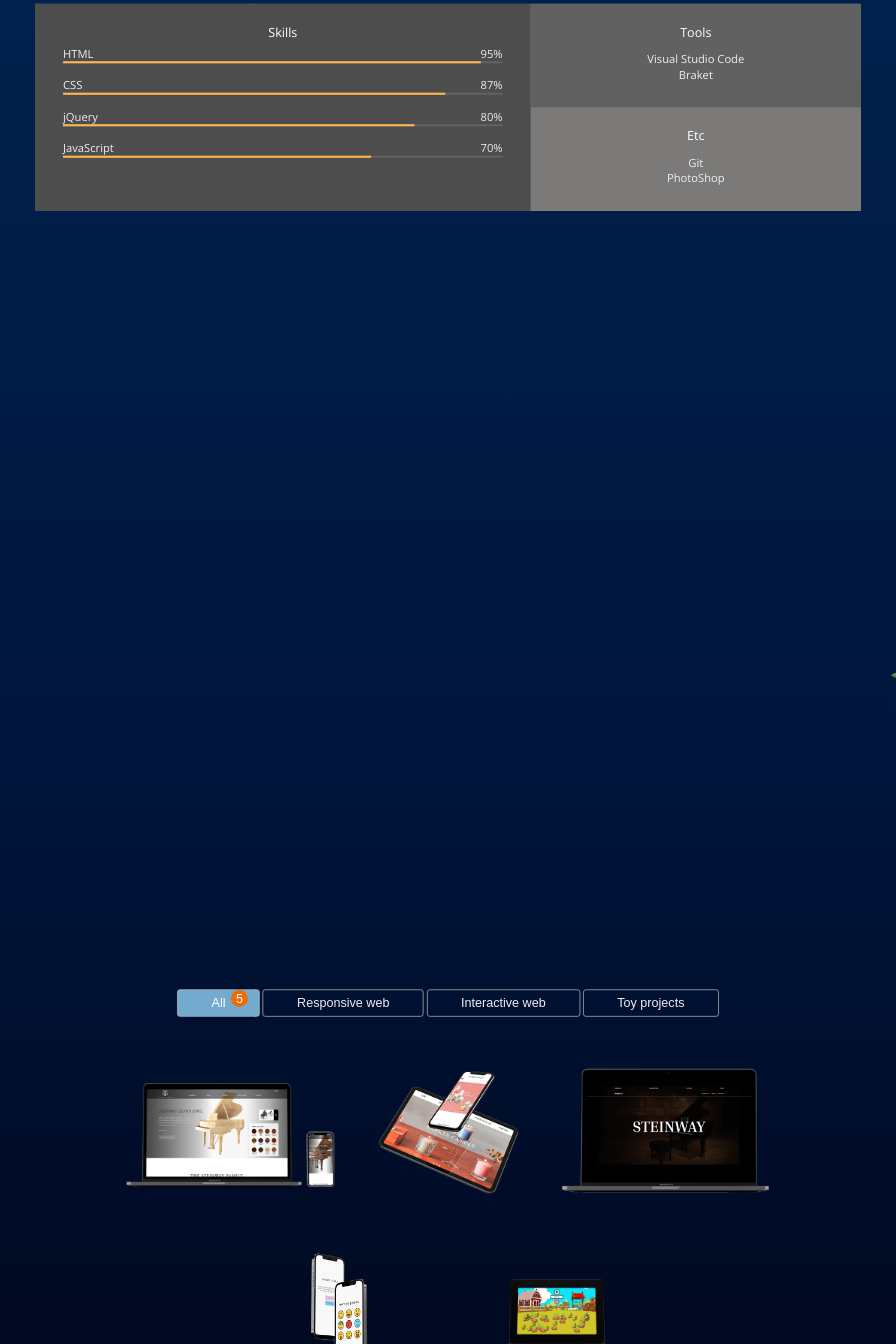
Repository: jinhee196/portfolio
Page: index.html
The author's editor kept a copy of each file at every save. The page is drawn from the files as they stood at one save, then again after the next save.
The browser window is 1280 px wide. The pictures show the part of the page from y = 1999 to 3919 px (the page is 4559 px tall before and 4568 px after), at 70% of full size.
Some web libraries are served in a nearby version.

Above is the page before, as saved 2021-07-07 17:21:04.

### index.html
<!DOCTYPE html>
<html lang="ko">
<head>
    <meta charset="UTF-8">
    <meta http-equiv="X-UA-Compatible" content="IE=edge">
    <meta name="viewport" content="width=device-width, initial-scale=1.0">
    <title>Jinhee's Portfolio</title>
    <meta name="description" content="Portfolio for worl">
    <meta name="author" content="jinhee">
    <link rel="icon" type="image/png" href="img/favicon1.ico">
    <script src="https://kit.fontawesome.com/ef20572bd9.js" crossorigin="anonymous"></script>
    <link rel="preconnect" href="https://fonts.gstatic.com">
    <link href="https://fonts.googleapis.com/css2?family=Open+Sans:wght@400;600;700&display=swap" rel="stylesheet">
    <link rel="stylesheet" href="style.css">
    <script type="text/javascript" src="https://cdnjs.cloudflare.com/ajax/libs/gsap/3.5.1/gsap.min.js"></script>
    <script type="text/javascript" src="https://unpkg.com/gsap@3/dist/ScrollToPlugin.min.js"></script>
    <script src="main.js" defer></script>
    <script src="https://cdn.jsdelivr.net/npm/underscore@1.13.1/underscore-umd-min.js"></script>

</head>
<body>
    <nav id="navbar">
        <div class="navbar__logo">
            <i class="fas fa-feather"></i>
            <a href="#">Jinhee</a>
        </div>
        <ul class="navbar__menu">
            <li class="navbar__menu__item active" data-link="#home">Home</li>
            <li class="navbar__menu__item" data-link="#about">About</li>
            <li class="navbar__menu__item" data-link="#skills">Skills</li>
            <li class="navbar__menu__item" data-link="#work">My work</li>
            <!-- <li class="navbar__menu__item" data-link="#testimonials">Testimonials</li> -->
            <li class="navbar__menu__item" data-link="#contact">Contact</li>
        </ul>
        <!-- Toggle button -->
        <button class="navbar__toggle-btn">
            <i class="fas fa-bars"></i>
        </button>
    </nav>

    <section id="home">
        <div class="home__container">
        <div class="home__avatar"><img src="img/me.jpg" alt="photo"></div>
        <h1 class="home__title">Hello, <br />I'm Jinhee Jeong</h1>
        <h2 class="home__description">개발자로 성장하는 웹 퍼블리셔</h2>
        <button class="home__contact">Contact me</button>
        </div>
    <div class="circle a"></div>
    <div class="circle b"></div>
    <div class="circle c"></div>
    <div class="circle d"></div>
    <div class="circle e"></div>
    <div class="circle f"></div>
    <div class="circle g"></div>
    <div class="circle s"></div>
    <div class="circle i"></div>
    <div class="circle j"></div>
    <div class="circle k"></div>
    <div class="circle l"></div>
    <div class="circle m"></div>
    <div class="circle n"></div>
    <div class="circle o"></div>
    <div class="circle p"></div>
    <div class="circle q"></div>
    <div class="circle r"></div>
    <div class="circle s"></div>

    </section>
    <section id="about" class="section section__container">
        <h1><span>A</span><span>b</span><span>o</span><span>u</span><span>t</span>&nbsp;<span>m</span><span>e</span></h1>
        <p>interactiv 반응형 홈페이지와 재밌는 미니게임, 모바일 일기장을 완료하였고,
           앞으로 계속 성장하고자 하는 열망이 넘치는 신입 웹퍼블리셔입니다.
           현재에 안주하지 않고 스스로 skill을 쌓아 회사의 성장에도 기여할 수 있는,
           실력있는 웹퍼블리셔이자 프론트엔드 개발자가 되기위해 노력하겠습니다.
        </p>
        <div class="about__majors">
            <div class="major">
                <div class="major__icon">
                    <div class='wave -one'></div>
                    <div class='wave -two'></div>
                    <div class='wave -three'></div>
                    <i class="fab fa-html5"></i>
                </div>
                <h2 class="major__title">HTML5</h2>
                <div class="major__description">HTML5, 빠른 마크업, 시멘틱 태그, 웹 접근성</div>
            </div>
            <div class="major">
                <div class="major__icon">
                    <div class='wave -one'></div>
                    <div class='wave -two'></div>
                    <div class='wave -three'></div>
                    <i class="fab fa-css3-alt"></i>
                </div>
                <h2 class="major__title">CSS3</h2>
                <div class="major__description">CSS3, FlexBox, Grid, Animation</div>
            </div>
            <div class="major">
                <div class="major__icon">
                    <div class='wave -one'></div>
                    <div class='wave -two'></div>
                    <div class='wave -three'></div>
                    <i class="fab fa-js-square"></i>
                </div>
                <h2 class="major__title">JavaScript</h2>
                <div class="major__description">ES6, DOM APIs, Web APIs</div>
            </div>
        </div>
        <div class="about__jobs">
            <div class="job">
                <img src="img/thejeun.png" alt="theJoeun" class="job__logo">
                <div class="job__description">
                <p class="job__name">UI/UX 웹디자인 실무자 양성(웹퍼블리셔,프론트엔드)</p>
                <p class="job__period">기간: 2020-12-29~2021-04-22</p>
                </div>
            </div>
        </div>
    </section>
    <section id="skills" class="section">
        <div class="section__container">
        <h1>Skills</h1>
        <h2>Skills & Attributes</h2>
        <p>
            저는 항상 새로운 기술을 배우는 데 관심이 있습니다. 이와 함께
            능동적으로 경험을 쌓아 나가며 제 직무에 대한 책임감을
            갖고 성실히 임하겠습니다.
            저의 최종적인 목표는 웹사이트를 구성하는 것에 이어서
            서버개발까지 나아가 넓은 시야를 갖고 팀원들과 좋은
            시너지를 내며 긍정적인 에너지를 주는 것 입니다.
            이를 통해 동료들과 원활히 소통하여 조화롭게 프로젝트를 완수하고,
            회사의 성장에 함께 할 수 있는 사람이 되겠습니다.
        </p>
        <div class="skillset">
            <div class="skillset__left">
                <h3 class="skillset__title">Skills</h3>
                <div class="skill">
                    <div class="skill__description">
                        <span>HTML</span>
                        <span>95%</span>
                    </div>
                    <div class="skill__bar">
                        <div class="skill__value" style="width: 95%"></div>
                    </div>
                </div>
                <div class="skill">
                    <div class="skill__description">
                        <span>CSS</span>
                        <span>87%</span>
                    </div>
                    <div class="skill__bar">
                        <div class="skill__value" style="width: 87%"></div>
                    </div>
                </div>
                <div class="skill">
                    <div class="skill__description">
                        <span>jQuery</span>
                        <span>80%</span>
                    </div>
                    <div class="skill__bar">
                        <div class="skill__value" style="width: 80%"></div>
                    </div>
                </div>
                <div class="skill">
                    <div class="skill__description">
                        <span>JavaScript</span>
                        <span>70%</span>
                    </div>
                    <div class="skill__bar">
                        <div class="skill__value" style="width: 70%"></div>
                    </div>
                </div>
                <!-- <div class="skill">
                    <div class="skill__description">
                        <span>React</span>
                        <span>0%</span>
                    </div>
                    <div class="skill__bar">
                        <div class="skill__value" style="width: 0"></div>
                    </div>
                </div>
                <div class="skill">
                    <div class="skill__description">
                        <span>TypeScript</span>
                        <span>0%</span>
                    </div>
                    <div class="skill__bar">
                        <div class="skill__value" style="width: 0"></div>
                    </div>
                </div> -->
            </div>
            <div class="skillset__right">
                <div class="tools">
                    <h3 class="skillset__title">Tools</h3>
                    <ul class="tools__list">
                        <li><span>Visual Studio Code</span></li>
                        <li><span>Braket</span></li>
                    </ul>
                </div>
                <div class="etc">
                    <h3 class="skillset__title">Etc</h3>
                    <ul class="etc__list">
                        <li><span>Git</span></li>
                        <li><span>PhotoShop</span></li>
                    </ul>
                </div>
            </div>
        </div>
        </div>
    </section>
    <section id="work" class="section">
        <img src="img/sea-fish2.png" alt="" class="sea-fish">
        <img src="img/sea-fish3.png" alt="" class="sea-fish3">
        <div id="model">
            <model-viewer id="whale" src="img/whale.glb" alt="A 3D model of a robot" camera-orbit="-60deg 0 10m" background-color="#000"></model-viewer>
        </div>
        <div class="section__container">
         <div class="bubbleBg"><!--버블 bg 넣기--></div>
         <section class="top">
            <h1 class="title">
                <span>M</span>
                <span>y</span>
                 &nbsp;
                <span>W</span>
                <span>o</span>
                <span>r</span>
                <span>k</span>
            </h1>
            <h3 class="subtitle">Projects</h3>
         </section>
         <section class="bottom">
        <div class="work__categories">
            <button class="category__btn selected" data-filter="*">All<span class="category__count">5</span></button>
            <button class="category__btn" data-filter="respon">Responsive web<span class="category__count">2</span></button>
            <button class="category__btn" data-filter="interaction">Interactive web<span class="category__count">1</span></button>
            <button class="category__btn" data-filter="mobile">Toy projects<span class="category__count">2</span></button>
        </div>
        <div class="work__projects">
            <a href="https://jinhee196.github.io/steinway-main/" class="project" target="_blank" data-type="respon">
                <img src="img/stein.png" alt="steinway" class="project__img">
                <div class="project__description">
                    <h3>Steinway Site</h3>
                    <span>Main Page with HTML, CSS and JavaScript(+jQuery)</span>
                </div>
            </a>
            <a href="https://jinhee196.github.io/youtube-clone2/" class="project" target="_blank" data-type="respon">
                <img src="img/yankee.png" alt="yankee-candle" class="project__img">
                <div class="project__description">
                    <h3>Youtebe clone</h3>
                    <span>Youtebe clone with react and postCss</span>
                </div>
            </a>
            <a href="https://jinhee196.github.io/steinway-sub/" class="project" target="_blank" data-type="interaction">
                <img src="img/Mockup_03.png" alt="interactiv" class="project__img">
                <div class="project__description">
                    <h3>Steinway Site Subpage</h3>
                    <span>Sub Page with HTML, CSS and JavaScript</span>
                </div>
            </a>
            <a href="https://jinhee196.github.io/diary/" class="project" target="_blank" data-type="mobile">
                <img src="img/mobile.png" alt="mobile" class="project__img">
                <div class="project__description">
                    <h3>A diary by one book</h3>
                    <span>Mobile diary with HTML, CSS and JavaScript</span>
                </div>
            </a>
            <a href="https://jinhee196.github.io/mini-game/" class="project" target="_blank" data-type="mobile">
                <img src="img/miniGame.png" alt="mobile" class="project__img">
                <div class="project__description">
                    <h3>Easy and fun Mini Game</h3>
                    <span>Mini Game with HTML, CSS and JavaScript</span>
                </div>
            </a>
        </div>
    </section>
</div>


</section>
    <section id="testimonials" class="section">
        <div class="section__container">
          <h1>Testimonials</h1>
          <h3>See what they say about me</h3>
          <div class="testimonials">
            <div class="testimonial">
                <img src="" alt="" class="testimonial__avatar">
                <div class="testimonial__speech-bubble">
                    <p>Lorem, ipsum dolor sit amet consectetur adipisicing elit.
                         Consectetur repellendus unde cum delectus nisi nulla
                         tempore. Dolorem, molestias laboriosam natus, pariatur
                         accusamus ullam, mollitia excepturi illo dolorum ipsum
                         molestiae ea?</p>
                    <p class="name"><a href="#">Ellie</a></p>
                </div>
            </div>
            <div class="testimonial">
                <div class="testimonial__speech-bubble">
                    <p>Lorem, ipsum dolor sit amet consectetur adipisicing elit.
                        Consectetur repellendus unde cum delectus nisi nulla
                        tempore. Dolorem, molestias laboriosam natus, pariatur
                        accusamus ullam, mollitia excepturi illo dolorum ipsum
                        molestiae ea?</p>
                    <p class="name"><a href="#">Ellie</a></p>
                </div>
                <img src="" alt="" class="testimonial__avatar">
            </div>
        </div>
        </div>
    </section>
    <section id="contact" class="section">
        <div class="imgbox">
          <img src="img/Lfish.png" alt="lightfish" class="Lfish">
          <div class="light"></div>
        </div>
        <h1 class="contact__title">contact me</h1>
        <h2 class="contact__email">wjdwlsgml196@gmail.com</h2>
        <div class="contact__links">
            <a href="https://github.com/jinhee196" target="_blank">
                <i class="fab fa-github"></i>
            </a>
        </div>
        <p class="contact__rights">2021 Jinhee - All rights reserved</p>
    </section>
    <button id="top"><i class="fas fa-arrow-up"></i></button>

     <!-- Loads model-viewer for modern browsers -->
     <script type="module" src="https://unpkg.com/@google/model-viewer/dist/model-viewer.js"></script>
     <!-- Loads model-viewer for older browsers -->
     <script nomodule src="https://unpkg.com/@google/model-viewer/dist/model-viewer-legacy.js"></script>

</body>
</html>

Loaded but not shown: main.js (324 lines, source omitted); style.css (896 lines, source omitted)

After the next save:
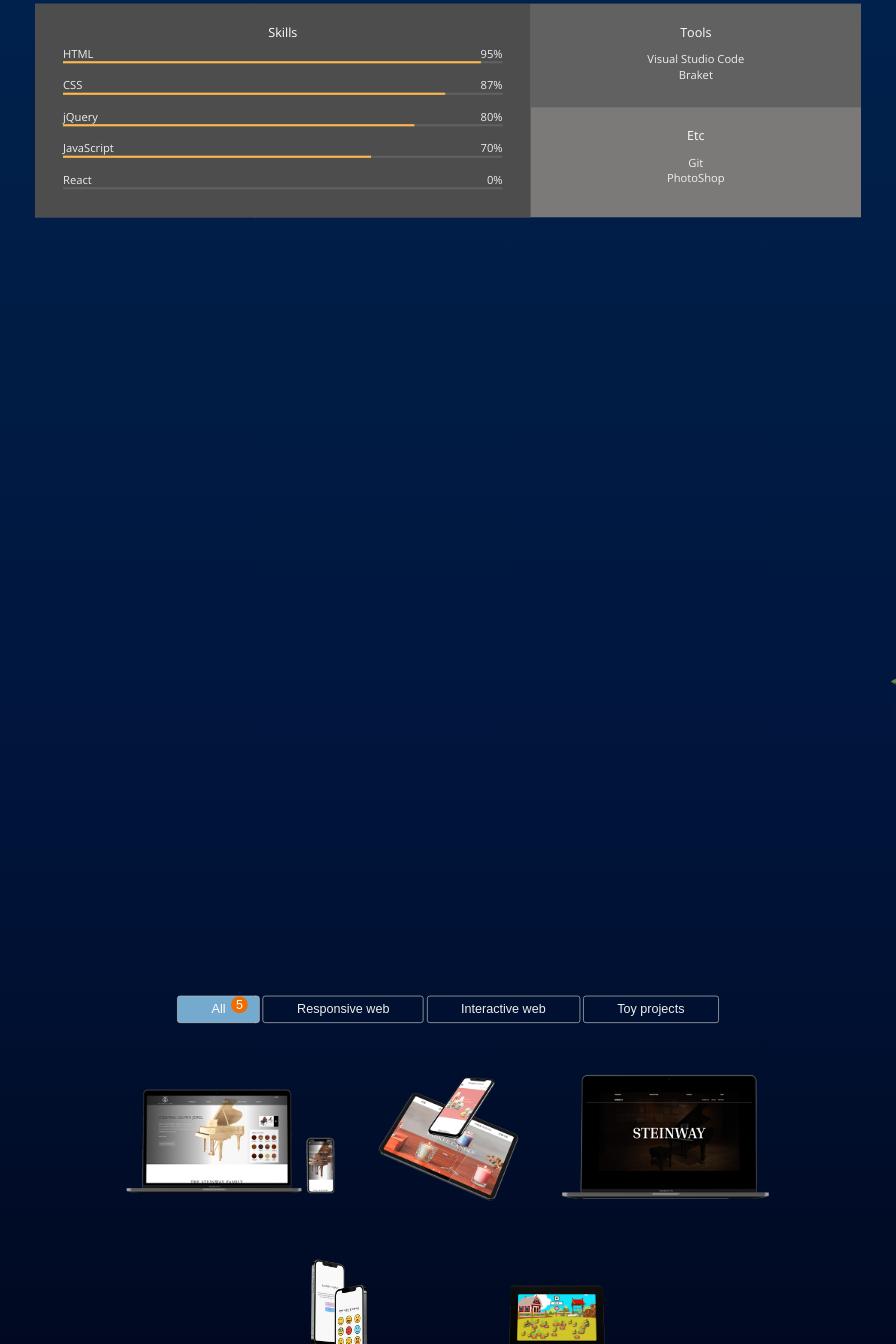
Saved 43 s later.
--- a/index.html
+++ b/index.html
@@ -168,7 +168,7 @@
                         <div class="skill__value" style="width: 70%"></div>
                     </div>
                 </div>
-                <!-- <div class="skill">
+                <div class="skill">
                     <div class="skill__description">
                         <span>React</span>
                         <span>0%</span>
@@ -177,7 +177,7 @@
                         <div class="skill__value" style="width: 0"></div>
                     </div>
                 </div>
-                <div class="skill">
+                <!-- <div class="skill">
                     <div class="skill__description">
                         <span>TypeScript</span>
                         <span>0%</span>
